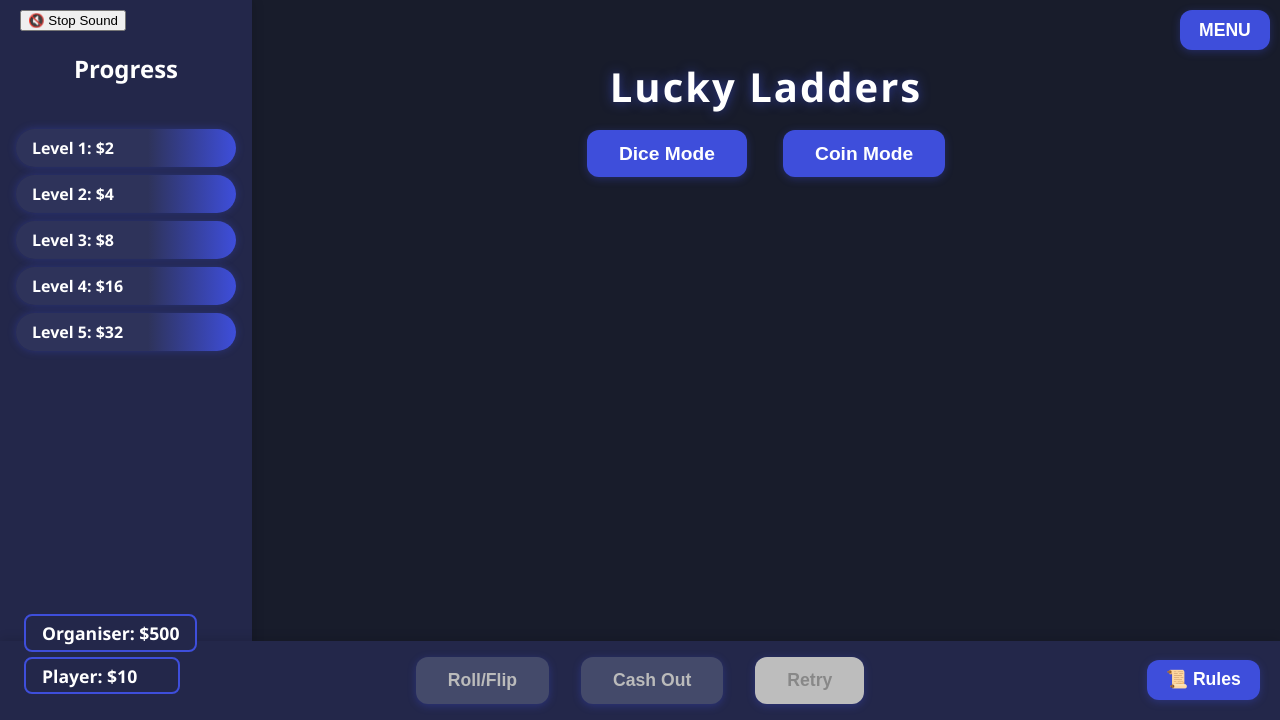
Repository: DrFez/luckyladders
Page: index.html
An editor plug-in stored every save of this project. The page is shown before and after the next save, followed by the edit.
The browser window is 1280 px wide. The pictures show the whole page.

Above is the page before, as saved 2025-07-23 22:05:17.

### index.html
<!DOCTYPE html>
<html lang="en">
<head>
    <meta charset="UTF-8">
    <meta name="viewport" content="width=device-width, initial-scale=1.0">
    <title>Lucky Ladders</title>
    <link rel="stylesheet" href="style/main.css">
    <link rel="icon" type="image/png" href="assets/images/2laddericon.png">
</head>
<body>
    <div id="app">
        <aside id="side-panel">
            <h2>Progress</h2>
            <ul id="ladder-progress">
                <!-- Levels will be rendered here -->
            </ul>
            <div id="teacher-mode-toggle">
                <label><input type="checkbox" id="teacherMode"> Teacher Mode</label>
            </div>
        </aside>
        <main id="main-panel">
            <h1>Lucky Ladders</h1>
            <div id="mode-select">
                <button id="diceMode">Dice Mode</button>
                <button id="coinMode">Coin Mode</button>
            </div>
            <div id="game-area" class="hidden">
                <div id="animation"></div>
                <div id="outcome-text"></div>
                <div id="prize-popup" class="hidden"></div>
                <div id="confetti" class="hidden"></div>
            </div>
            <div id="results" class="hidden"></div>
        </main>
        <footer id="bottom-panel">
            <div id="bank-accounts">
                <span id="organiser-bank">Organiser: $500</span>
                <span id="player-bank">Player: $10</span>
            </div>
            <button id="rollBtn" class="action-btn">Roll/Flip</button>
            <button id="cashOutBtn" class="action-btn">Cash Out</button>
            <button id="retryBtn" class="action-btn">Retry</button>
        </footer>
    </div>
    <button id="hackerBtn" style="position:fixed;top:10px;right:10px;z-index:2000;">MENU</button>
    <div id="hackerMenu" class="hidden">
        <div style="background:#23274a;padding:2rem 1.5rem;border-radius:16px;box-shadow:0 0 24px #3e4edb99;position:fixed;top:50px;right:30px;z-index:2001;min-width:320px;max-width:95vw;">
            <h2 style="color:#ffeb3b;">Hacker Menu</h2>
            <div style="margin-bottom:1rem;">
                <label><input type="radio" name="diceWeight" id="normalDice" checked> Normal Dice</label><br>
                <label><input type="radio" name="diceWeight" id="alwaysSix"> Always a 6 / Heads</label><br>
                <label><input type="radio" name="diceWeight" id="alwaysOne"> Always a 1 / Tails</label>
            </div>
            <div style="margin-bottom:1rem;">
                <label>Prize L1: $<input type="number" id="prize1" min="0" style="width:60px;"></label><br>
                <label>Prize L2: $<input type="number" id="prize2" min="0" style="width:60px;"></label><br>
                <label>Prize L3: $<input type="number" id="prize3" min="0" style="width:60px;"></label><br>
                <label>Prize L4: $<input type="number" id="prize4" min="0" style="width:60px;"></label><br>
                <label>Prize L5: $<input type="number" id="prize5" min="0" style="width:60px;"></label>
            </div>
            <div style="margin-bottom:1rem;">
                <label>Entry Fee: $<input type="number" id="entryFee" min="0" style="width:60px;"></label><br>
                <label>Retry Fee: $<input type="number" id="retryFee" min="0" style="width:60px;"></label><br>
                <label>Attempts: <input type="number" id="attempts" min="1" max="99" style="width:60px;"></label>
            </div>
            <button id="applyHacks" style="background:#4caf50;color:#23274a;padding:0.5rem 1.5rem;border:none;border-radius:8px;font-weight:bold;">Apply</button>
            <button id="resetHacks" style="background:#ff9800;color:#23274a;padding:0.5rem 1.5rem;border:none;border-radius:8px;font-weight:bold;">Reset</button>
            <button id="closeHacker" style="background:#3e4edb;color:#fff;padding:0.5rem 1.5rem;border:none;border-radius:8px;font-weight:bold;float:right;">Close</button>
        </div>
    </div>
    <button id="rulesBtn" style="position:fixed;bottom:20px;right:20px;z-index:2000;">📜 Rules</button>
    <button id="stopMusicBtn" style="position:fixed;top:10px;left:20px;z-index:2000;">🔇 Stop Sound</button>
    <div id="rulesModal" class="hidden">
        <div style="background:#23274a;padding:2rem 1.5rem;border-radius:16px;box-shadow:0 0 24px #3e4edb99;position:fixed;top:50px;left:50%;transform:translateX(-50%);z-index:2001;min-width:320px;max-width:95vw;max-height:80vh;overflow-y:auto;">
            <h2 style="color:#ffeb3b;">How to Play Lucky Ladders</h2>
            <ul style="margin-bottom:1rem;line-height:1.6;">
                <li>Choose <b>Dice Mode</b> or <b>Coin Mode</b> to start.</li>
                <li>Pay the entry fee to play.</li>
                <li>Each level, roll the dice (or flip the coin) to try to pass:</li>
                <ul>
                    <li><b>Dice Mode:</b> <br>
                        Level 1: Roll <b>2 or higher</b><br>
                        Level 2: Roll <b>3 or higher</b><br>
                        Level 3: Roll <b>4 or higher</b><br>
                        Level 4: Roll <b>5 or higher</b><br>
                        Level 5: Roll <b>6</b><br>
                        Prizes increase as you climb.
                    </li>
                    <li><b>Coin Mode:</b> Flip heads to move up. Prizes double each level.</li>
                </ul>
                <li>After each success, you can <b>Cash Out</b> to take your prize, or <b>Risk</b> for the next level.</li>
                <li>If you fail, you lose your winnings unless you use a <b>Retry</b> (costs extra, drops you down one level).</li>
                <li>Reach the top for the <b>Jackpot</b>!</li>
                <li>See the <b>bank accounts</b> at the bottom left for your balance and the organiser's.</li>
            </ul>
            <button id="closeRules" style="background:#3e4edb;color:#fff;padding:0.5rem 1.5rem;border:none;border-radius:8px;font-weight:bold;">Close</button>
        </div>
    </div>
    <!-- Background music -->
    <audio id="bg-music" src="assets/sounds/Glidewithme.mp3" loop preload="auto" style="display:none;"></audio>
    <!-- Only load the main controller as a module -->
    <script type="module" src="scripts/values.js"></script>
    <script type="module" src="scripts/uiController.js"></script>
    <script>
    // Background music autoplay with fallback for user gesture
    const bgMusic = document.getElementById('bg-music');
    function tryPlayMusic() {
        if (!bgMusic) return;
        bgMusic.volume = 0.5;
        const playPromise = bgMusic.play();
        if (playPromise !== undefined) {
            playPromise.catch(() => {
                // Autoplay blocked, wait for user gesture
                const resumeMusic = () => {
                    bgMusic.play();
                    window.removeEventListener('click', resumeMusic);
                    window.removeEventListener('keydown', resumeMusic);
                };
                window.addEventListener('click', resumeMusic);
                window.addEventListener('keydown', resumeMusic);
            });
        }
    }

    // Play music when Dice Mode or Coin Mode is clicked
    const diceModeBtn = document.getElementById('diceMode');
    const coinModeBtn = document.getElementById('coinMode');
    if (diceModeBtn) {
        diceModeBtn.addEventListener('click', tryPlayMusic);
    }
    if (coinModeBtn) {
        coinModeBtn.addEventListener('click', tryPlayMusic);
    }
    // Stop music button
    const stopMusicBtn = document.getElementById('stopMusicBtn');
    if (stopMusicBtn && bgMusic) {
        stopMusicBtn.addEventListener('click', () => {
            bgMusic.pause();
            bgMusic.currentTime = 0;
        });
    }
    </script>
</body>
</html>

### style/main.css
/* main.css - Lucky Ladders */

body {
    margin: 0;
    font-family: 'Segoe UI', Arial, sans-serif;
    background: #181c2b;
    color: #fff;
    min-height: 100vh;
    display: flex;
    flex-direction: column;
}

#app {
    display: flex;
    flex: 1 1 auto;
    min-height: 100vh;
}

aside#side-panel {
    width: 220px;
    background: #23274a;
    padding: 2rem 1rem 1rem 1rem;
    box-shadow: 2px 0 10px #0002;
    display: flex;
    flex-direction: column;
    align-items: center;
}

#ladder-progress {
    list-style: none;
    padding: 0;
    margin: 1rem 0 2rem 0;
    width: 100%;
}
#ladder-progress li {
    margin: 0.5rem 0;
    padding: 0.5rem 1rem;
    border-radius: 20px;
    background: linear-gradient(90deg, #2e335a 60%, #3e4edb 100%);
    box-shadow: 0 0 8px #3e4edb55;
    font-weight: bold;
    transition: background 0.3s, box-shadow 0.3s;
    position: relative;
}
#ladder-progress li.active {
    background: linear-gradient(90deg, #ffeb3b 60%, #ff9800 100%);
    color: #23274a;
    box-shadow: 0 0 16px #ffeb3b99;
}
#ladder-progress li.complete {
    background: linear-gradient(90deg, #4caf50 60%, #00e676 100%);
    color: #23274a;
    box-shadow: 0 0 12px #00e67699;
}

#teacher-mode-toggle {
    margin-top: auto;
    font-size: 1rem;
    color: #b0b0b0;
}

main#main-panel {
    flex: 1 1 auto;
    display: flex;
    flex-direction: column;
    align-items: center;
    justify-content: flex-start;
    padding: 2rem 1rem 1rem 1rem;
    min-width: 0;
}

#main-panel h1 {
    font-size: 2.5rem;
    margin-bottom: 1rem;
    letter-spacing: 2px;
    text-shadow: 0 0 12px #3e4edb99;
}

#mode-select {
    margin-bottom: 2rem;
}
#mode-select button {
    background: #3e4edb;
    color: #fff;
    border: none;
    border-radius: 12px;
    padding: 0.8rem 2rem;
    margin: 0 1rem;
    font-size: 1.2rem;
    font-weight: bold;
    cursor: pointer;
    box-shadow: 0 2px 8px #3e4edb55;
    transition: background 0.2s, box-shadow 0.2s;
}
#mode-select button:hover {
    background: #5c6cff;
    box-shadow: 0 4px 16px #3e4edb99;
}

#game-area {
    min-height: 320px;
    width: 100%;
    max-width: 420px;
    display: flex;
    flex-direction: column;
    align-items: center;
    justify-content: center;
    margin-bottom: 2rem;
}
#game-area.hidden {
    display: none;
}

#animation {
    min-height: 100px;
    margin-bottom: 1rem;
}
#outcome-text {
    font-size: 1.3rem;
    margin-bottom: 1rem;
    min-height: 2.5rem;
    text-align: center;
}
#prize-popup {
    background: #ffeb3b;
    color: #23274a;
    border-radius: 16px;
    padding: 1rem 2rem;
    font-size: 1.5rem;
    font-weight: bold;
    box-shadow: 0 0 24px #ffeb3b99;
    margin-bottom: 1rem;
    animation: pop 0.5s;
}
#prize-popup.hidden {
    display: none;
}
@keyframes pop {
    0% { transform: scale(0.7); opacity: 0; }
    80% { transform: scale(1.1); opacity: 1; }
    100% { transform: scale(1); }
}
#confetti {
    position: absolute;
    top: 0; left: 0; right: 0; bottom: 0;
    pointer-events: none;
    z-index: 10;
}
#confetti.hidden {
    display: none;
}

#results {
    background: #23274a;
    border-radius: 16px;
    padding: 1.5rem 2rem;
    font-size: 1.2rem;
    margin-top: 2rem;
    box-shadow: 0 0 16px #3e4edb55;
    /* Center as modal overlay */
    position: fixed;
    top: 50%;
    left: 50%;
    transform: translate(-50%, -50%);
    z-index: 1000;
    min-width: 280px;
    max-width: 90vw;
    text-align: center;
    display: none;
}
#results:not(.hidden) {
    display: block;
}
#results .close-btn {
    margin-top: 1.5rem;
    background: #3e4edb;
    color: #fff;
    border: none;
    border-radius: 8px;
    padding: 0.5rem 1.5rem;
    font-size: 1rem;
    cursor: pointer;
}
#results .close-btn:hover {
    background: #5c6cff;
}

footer#bottom-panel {
    position: fixed;
    left: 0; right: 0; bottom: 0;
    background: #23274a;
    display: flex;
    justify-content: center;
    align-items: center;
    padding: 1rem 0.5rem;
    box-shadow: 0 -2px 10px #0002;
    z-index: 100;
}
.action-btn {
    background: #3e4edb;
    color: #fff;
    border: none;
    border-radius: 12px;
    padding: 0.8rem 2rem;
    margin: 0 1rem;
    font-size: 1.1rem;
    font-weight: bold;
    cursor: pointer;
    box-shadow: 0 2px 8px #3e4edb55;
    transition: background 0.2s, box-shadow 0.2s;
}
.action-btn:disabled {
    background: #444a6a;
    color: #bbb;
    cursor: not-allowed;
}
.action-btn:hover:not(:disabled) {
    background: #5c6cff;
    box-shadow: 0 4px 16px #3e4edb99;
}

#retryBtn {
    background: #ff9800;
    color: #23274a;
}
#retryBtn:disabled {
    background: #bdbdbd;
    color: #888;
}

#hackerMenu {
    display: none;
}
#hackerMenu:not(.hidden) {
    display: block;
}
#hackerBtn {
    background: #3e4edb;
    color: #fff;
    border: none;
    border-radius: 12px;
    padding: 0.6rem 1.2rem;
    font-size: 1.1rem;
    font-weight: bold;
    cursor: pointer;
    box-shadow: 0 2px 8px #3e4edb55;
    transition: background 0.2s, box-shadow 0.2s;
}
#hackerBtn:hover {
    background: #5c6cff;
    box-shadow: 0 4px 16px #3e4edb99;
}

#rulesModal {
    display: none;
}
#rulesModal:not(.hidden) {
    display: block;
}
#rulesBtn {
    background: #3e4edb;
    color: #fff;
    border: none;
    border-radius: 12px;
    padding: 0.6rem 1.2rem;
    font-size: 1.1rem;
    font-weight: bold;
    cursor: pointer;
    box-shadow: 0 2px 8px #3e4edb55;
    transition: background 0.2s, box-shadow 0.2s;
}
#rulesBtn:hover {
    background: #5c6cff;
    box-shadow: 0 4px 16px #3e4edb99;
}

#bank-accounts {
    display: flex;
    flex-direction: column;
    align-items: flex-start;
    position: absolute;
    left: 1.5rem;
    bottom: 1.5rem;
    z-index: 110;
    font-size: 1.1rem;
    gap: 0.2rem;
}
#organiser-bank, #player-bank {
    background: #23274a;
    padding: 0.3rem 1rem;
    border-radius: 8px;
    margin-bottom: 0.1rem;
    min-width: 120px;
    text-align: left;
    font-weight: bold;
    color: #fff;
    border: 2px solid #3e4edb;
    transition: color 0.2s, border 0.2s;
}
#player-bank.overdraft {
    color: #ff1744;
    border-color: #ff1744;
}
@media (max-width: 900px) {
    #app {
        flex-direction: column;
    }
    aside#side-panel {
        width: 100%;
        flex-direction: row;
        justify-content: space-between;
        align-items: flex-start;
        padding: 1rem 0.5rem;
        box-shadow: none;
    }
    #ladder-progress {
        display: flex;
        flex-direction: row;
        width: auto;
    }
    #ladder-progress li {
        margin: 0 0.5rem;
        padding: 0.5rem 1rem;
    }
}
@media (max-width: 600px) {
    main#main-panel {
        padding: 1rem 0.2rem;
    }
    #main-panel h1 {
        font-size: 1.5rem;
    }
    #game-area {
        max-width: 100vw;
        min-height: 180px;
    }
    #prize-popup {
        font-size: 1.1rem;
        padding: 0.7rem 1rem;
    }
    #results {
        font-size: 1rem;
        padding: 1rem 0.5rem;
    }
    footer#bottom-panel {
        flex-direction: column;
        padding: 0.5rem 0.2rem;
    }
    .action-btn {
        margin: 0.3rem 0;
        width: 90vw;
        max-width: 320px;
    }
    #bank-accounts {
        left: 0.5rem;
        bottom: 4.5rem;
        font-size: 1rem;
    }
    #organiser-bank, #player-bank {
        min-width: 90px;
        padding: 0.2rem 0.5rem;
    }
}

### scripts/values.js
// values.js
// Central store for all editable game values

const values = {
    prizes: {
        dice: [1, 3, 6, 12, 30],
        coin: [2, 4, 8, 16, 32]
    },
    entryFee: 5,
    retryFee: 2,
    attempts: 1,
    reset() {
        this.prizes.dice = [1, 3, 6, 12, 30];
        this.prizes.coin = [2, 4, 8, 16, 32];
        this.entryFee = 5;
        this.retryFee = 2;
        this.attempts = 1;
    }
};

export default values;

### scripts/gameEngine.js
// gameEngine.js
// Handles game logic and flow

import playerState from './playerState.js';
import { diceProbabilities, coinProbabilities } from './probabilityModel.js';
import analytics from './analytics.js';
import values from './values.js';

const gameEngine = {
    mode: null,
    isActive: false,
    get prizes() {
        return values.prizes;
    },
    set prizes(val) {
        values.prizes = val;
    },
    start(mode) {
        this.mode = mode;
        playerState.reset();
        playerState.mode = mode;
        this.isActive = true;
    },
    roll() {
        if (this.mode === 'dice') {
            return Math.ceil(Math.random() * 6);
        } else {
            return Math.random() < 0.5 ? 'heads' : 'tails';
        }
    },
    checkPass(result, level) {
        if (this.mode === 'dice') {
            const pass = [2, 3, 4, 5, 6][level - 1];
            return result >= pass;
        } else {
            return result === 'heads';
        }
    },
    getPrize(level) {
        return values.prizes[this.mode][level - 1];
    },
    canRetry() {
        return !playerState.retryUsed && playerState.currentLevel > 1;
    },
    useRetry() {
        playerState.useRetry();
    },
    cashOut() {
        // Player should get the prize for the last level they PASSED, not the current level (which is the next to attempt)
        const lastPassedLevel = Math.max(1, playerState.currentLevel - 1);
        const prize = this.getPrize(lastPassedLevel);
        playerState.cashOut(prize);
        this.isActive = false;
        return lastPassedLevel === 5 ? 'jackpot' : 'cashed';
    },
    fail() {
        playerState.fail();
        this.isActive = false;
    },
    nextLevel() {
        playerState.currentLevel++;
        if (playerState.currentLevel > 5) {
            // Jackpot!
            const prize = this.getPrize(5);
            playerState.cashOut(prize);
            this.isActive = false;
            return 'jackpot';
        }
        return 'continue';
    }
};

export default gameEngine;

### scripts/playerState.js
// playerState.js
// Tracks player state for Lucky Ladders

import values from './values.js';

const playerState = {
    currentLevel: 1,
    retryUsed: false,
    totalWinnings: 0,
    netProfit: 0,
    mode: null, // 'dice' or 'coin'
    lastGameProfit: 0, // Track organiser profit for just the current game
    get entryFee() { return values.entryFee; },
    set entryFee(val) { values.entryFee = val; },
    get retryFee() { return values.retryFee; },
    set retryFee(val) { values.retryFee = val; },
    reset() {
        this.currentLevel = 1;
        this.retryUsed = false;
        this.totalWinnings = 0;
        this.mode = null;
        this.lastGameProfit = 0; // Track profit for last game only
    },
    useRetry() {
        this.retryUsed = true;
        this.currentLevel = Math.max(1, this.currentLevel - 1);
    },
    cashOut(prize) {
        this.totalWinnings = prize;
        // Net profit to organiser for this game only
        this.lastGameProfit = this.entryFee + (this.retryUsed ? this.retryFee : 0) - prize;
        this.netProfit += this.lastGameProfit;
    },
    fail() {
        this.totalWinnings = 0;
        this.lastGameProfit = this.entryFee + (this.retryUsed ? this.retryFee : 0);
        this.netProfit += this.lastGameProfit;
    }
};

export default playerState;

### scripts/probabilityModel.js
// probabilityModel.js
// Handles probability and expected value calculations

const diceProbabilities = [
    { level: 1, pass: 5/6, prize: 1 },
    { level: 2, pass: 4/6, prize: 3 },
    { level: 3, pass: 3/6, prize: 6 },
    { level: 4, pass: 2/6, prize: 12 },
    { level: 5, pass: 1/6, prize: 30 }
];

const coinProbabilities = [
    { level: 1, pass: 0.5, prize: 2 },
    { level: 2, pass: 0.5, prize: 4 },
    { level: 3, pass: 0.5, prize: 8 },
    { level: 4, pass: 0.5, prize: 16 },
    { level: 5, pass: 0.5, prize: 32 }
];

function expectedValue(mode) {
    let ev = 0;
    let prob = 1;
    const arr = mode === 'dice' ? diceProbabilities : coinProbabilities;
    for (let i = 0; i < arr.length; i++) {
        prob *= arr[i].pass;
        ev += prob * arr[i].prize;
    }
    return ev;
}

export { diceProbabilities, coinProbabilities, expectedValue };

### scripts/analytics.js
// analytics.js
// Tracks and aggregates session stats

const analytics = {
    totalPlays: 0,
    organiserProfit: 0,
    playerTypes: { greedy: 0, moderate: 0, cautious: 0 },
    sessionResults: [],
    addPlay(type, profit) {
        this.totalPlays++;
        this.playerTypes[type]++;
        this.organiserProfit += profit;
        this.sessionResults.push({ type, profit });
    },
    reset() {
        this.totalPlays = 0;
        this.organiserProfit = 0;
        this.playerTypes = { greedy: 0, moderate: 0, cautious: 0 };
        this.sessionResults = [];
    }
};

export default analytics;

Loaded but not shown: scripts/uiController.js (319 lines, source omitted)

After the next save:
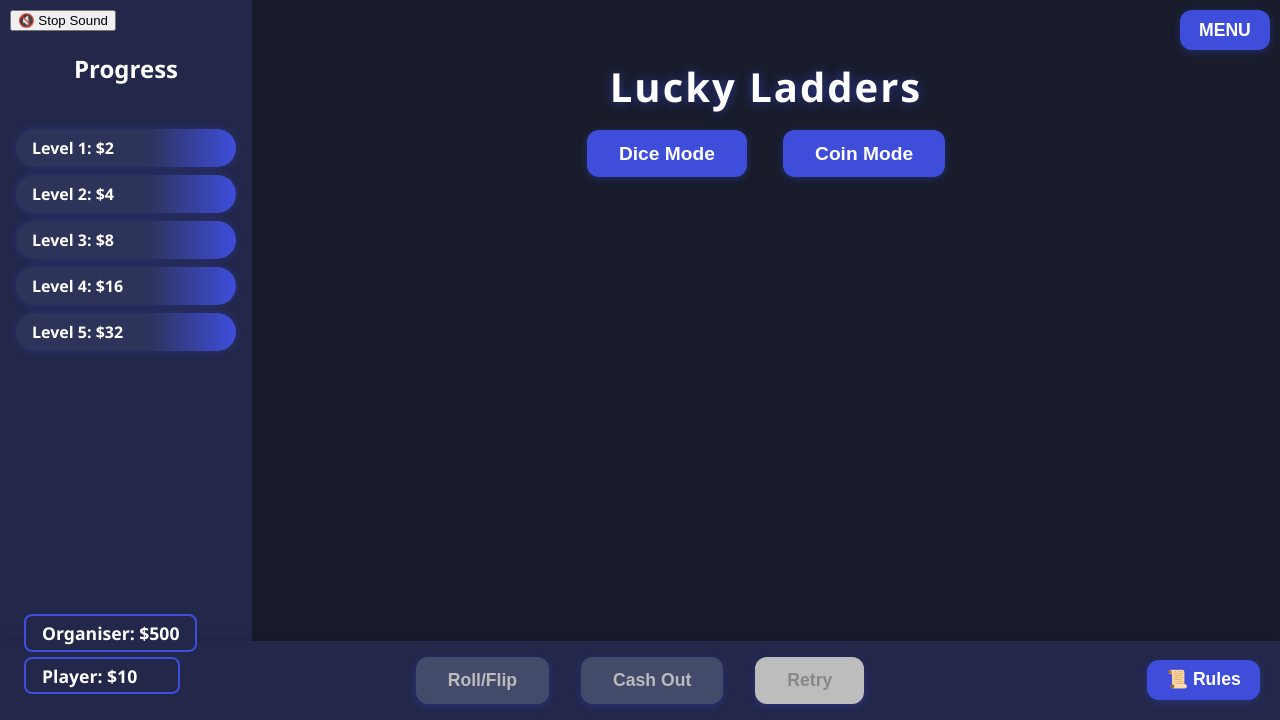
Saved 7 s later.
--- a/index.html
+++ b/index.html
@@ -69,7 +69,7 @@
         </div>
     </div>
     <button id="rulesBtn" style="position:fixed;bottom:20px;right:20px;z-index:2000;">📜 Rules</button>
-    <button id="stopMusicBtn" style="position:fixed;top:10px;left:20px;z-index:2000;">🔇 Stop Sound</button>
+    <button id="stopMusicBtn" style="position:fixed;top:10px;left:10px;z-index:2000;">🔇 Stop Sound</button>
     <div id="rulesModal" class="hidden">
         <div style="background:#23274a;padding:2rem 1.5rem;border-radius:16px;box-shadow:0 0 24px #3e4edb99;position:fixed;top:50px;left:50%;transform:translateX(-50%);z-index:2001;min-width:320px;max-width:95vw;max-height:80vh;overflow-y:auto;">
             <h2 style="color:#ffeb3b;">How to Play Lucky Ladders</h2>
